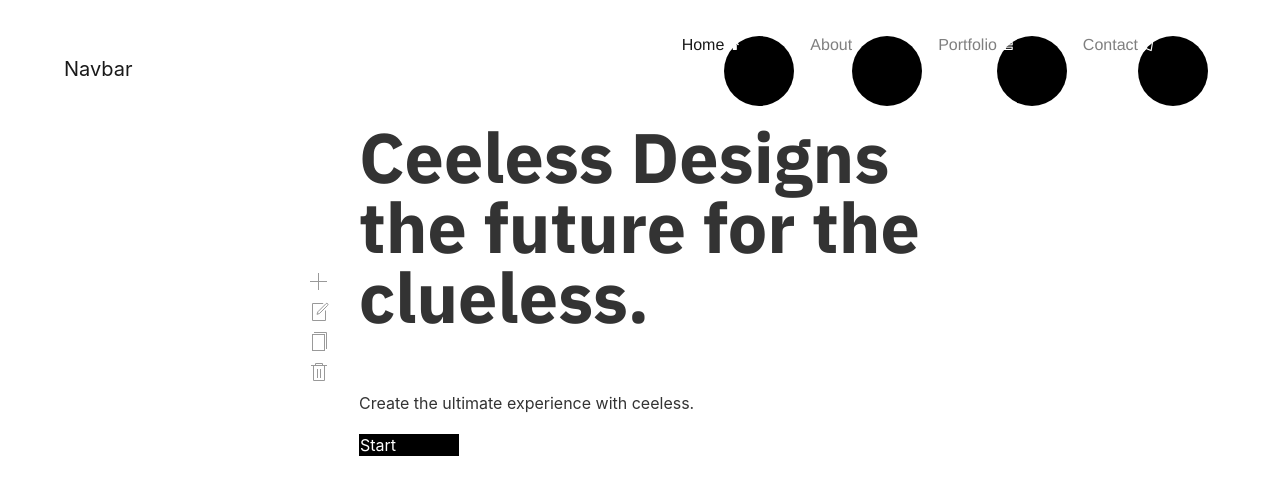
Repository: latenightsnacc/ceeless
Page: index.html
An editor plug-in stored every save of this project. The page is shown before and after the next save, followed by the edit.
The browser window is 1280 px wide. The pictures show the whole page.
Some web libraries are served in a nearby version. The style sheet was rebuilt from its Sass, Less or Tailwind sources for each picture, by a compiler version that may differ from the author's.

Above is the page before, as saved 2020-06-11 16:36:00.

### index.html
<!DOCTYPE html>
<html lang="en">
<head>
    <meta charset="UTF-8">
    <meta name="viewport" content="width=device-width, initial-scale=1.0">

    <!--Bootstrap-->
    <link rel="stylesheet" href="https://stackpath.bootstrapcdn.com/bootstrap/4.5.0/css/bootstrap.min.css" integrity="sha384-9aIt2nRpC12Uk9gS9baDl411NQApFmC26EwAOH8WgZl5MYYxFfc+NcPb1dKGj7Sk" crossorigin="anonymous">

    <!-- UIkit CSS -->
    <link rel="stylesheet" href="https://cdn.jsdelivr.net/npm/uikit@3.5.3/dist/css/uikit.min.css" />

    <!--Font Awesome Icons-->
    <link rel="stylesheet" href="https://maxcdn.bootstrapcdn.com/font-awesome/4.4.0/css/font-awesome.min.css">

    <!--Custom Stylesheet-->
    <link rel="stylesheet" href="Styles/stylesheet.css">

    <!--Page Title-->
    <title>Ceeless | Licorne Technologies</title>
</head>
<body>
    <main class="wrapper ml-5 mr-5">
        <!--NavBar-->
        <nav class="navbar navbar-expand-lg navbar-light bg-transparent mt-3">
            <!--Logo-->
            <a class="navbar-brand" href="#">Navbar</a>
            <!--Mobile NavBar Icon-->
            <div class="navbar-toggler" type="button" data-toggle="collapse" data-target="#navbarTogglerDemo03" aria-controls="navbarTogglerDemo03" aria-expanded="false" aria-label="Toggle navigation">
                <div class="nav-icon">
                    <span class="long-bar-one"></span>
                    <span class="short-bar-two"></span>
                    <span class="long-bar-three"></span>
                </div>
            </div>
            <div class="collapse navbar-collapse" id="navbarTogglerDemo03">
              <ul class="navbar-nav ml-auto mt-2 mt-lg-0">
                <li class="nav-item active">
                  <a class="nav-link" href="#"><span class="menu-text">Home</span><i class="fa fa-home"></i><span class="sr-only">(current)</span></a>
                </li>
                <li class="nav-item">
                  <a class="nav-link" href="#"><span class="menu-text">About</span><i class="fa fa-info"></i></a>
                </li>
                <li class="nav-item">
                  <a class="nav-link" href="#"><span class="menu-text">Portfolio</span><i class="fa fa-tasks" aria-hidden="true"></i></a>
                </li>
                <li class="nav-item">
                    <a class="nav-link" href="#"><span class="menu-text">Contact</span><i class="fa fa-send-o"></i></a>
                  </li>
              </ul>
            </div>
        </nav>
        <!--End of NavBar-->

        <!--Header wrapper-->
        <section class="header-wrapper container-fluid">
            <div class="row">
                <!--Social Icons-->
                <div class="col-3">
                    <ul class="uk-iconnav uk-iconnav-vertical uk-align-right@s align-middle	">
                        <li><a href="#" uk-icon="icon: plus"></a></li>
                        <li><a href="#" uk-icon="icon: file-edit"></a></li>
                        <li><a href="#" uk-icon="icon: copy"></a></li>
                        <li><a href="#" uk-icon="icon: trash"></a></li>
                    </ul>
                </div>
                <!--Header Message-->
                <div class="col-9 header-text">
                    <div class="card w-75">
                        <h1>Ceeless Designs the future for the clueless.</h1>
                        <h5>Create the ultimate experience with ceeless.</h5>
                        <a href="#" class="action-btn">Start</a>
                    </div>
                </div>
            </div>
        </section>
        <!--End of Header wrapper-->
    </main>

    <!-- JS, Popper.js, and jQuery -->
    <script src="https://code.jquery.com/jquery-3.5.1.slim.min.js" integrity="sha384-DfXdz2htPH0lsSSs5nCTpuj/zy4C+OGpamoFVy38MVBnE+IbbVYUew+OrCXaRkfj" crossorigin="anonymous"></script>
    <script src="https://cdn.jsdelivr.net/npm/popper.js@1.16.0/dist/umd/popper.min.js" integrity="sha384-Q6E9RHvbIyZFJoft+2mJbHaEWldlvI9IOYy5n3zV9zzTtmI3UksdQRVvoxMfooAo" crossorigin="anonymous"></script>
    <script src="https://stackpath.bootstrapcdn.com/bootstrap/4.5.0/js/bootstrap.min.js" integrity="sha384-OgVRvuATP1z7JjHLkuOU7Xw704+h835Lr+6QL9UvYjZE3Ipu6Tp75j7Bh/kR0JKI" crossorigin="anonymous"></script>
    <!-- UIkit JS -->
    <script src="https://cdn.jsdelivr.net/npm/uikit@3.5.3/dist/js/uikit.min.js"></script>
    <script src="https://cdn.jsdelivr.net/npm/uikit@3.5.3/dist/js/uikit-icons.min.js"></script>
</body>
</html>

### Styles/stylesheet.scss
@import 'variables';
@import 'navbar';
@import 'header';

*{
    margin: 0;
    padding: 0;
    text-decoration: none;
    list-style: none;
}
body{
    background-color: white;
}

### Styles/_variables.scss
@import url('https://fonts.googleapis.com/css2?family=IBM+Plex+Sans:wght@700&display=swap');

$header-font: 'IBM Plex Sans', sans-serif;
$dark: black;
$light: white;

### Styles/navbar.scss
@import 'variables';

.navbar-toggler{
    border: none;
    .nav-icon{
        display: flex;
        flex-direction: column;
        .long-bar-one, .long-bar-three, .short-bar-two{
            border: 2px solid $dark;
            margin-bottom: 5px;
        }
        .long-bar-one, .long-bar-three{
            width: 33px;
        }
        .short-bar-two{
            width: 20px;
        }

        &:hover{
            .long-bar-one, .long-bar-three{
                width: 20px;
                transition: width 300ms ease-in-out 0s;

            }
            .short-bar-two{
                width: 33px;

            }
        }
    }
}
.nav-item {
    .menu-text{
        font-family: 'Franklin Gothic Medium', 'Arial Narrow', Arial, sans-serif;
    }
    .fa{
        background-color: $dark;
        color: $light;
        height: 70px;
        width: 70px;
        border-radius: 50%;
    }
}

### Styles/header.scss
@import 'variables';

.align-middle{
    display: flex;
    flex-direction: column;
    justify-content: center;
    height: 400px;
}
.header-wrapper{
    .header-text{
        .card{
            border: none;
            display: flex;
            flex-direction: column;
            justify-content: center;

            h1{
                font-size: 70px;
                line-height: 70px;
                font-family: $header-font;
            }
        }
    }
}
a.action-btn {
    border: 1px solid $dark;
    background-color: $dark;
    width: 100px;
    color: $light;
    line-height: 20px;
    &:hover{
        text-decoration: none;
    }

}

After the next save:
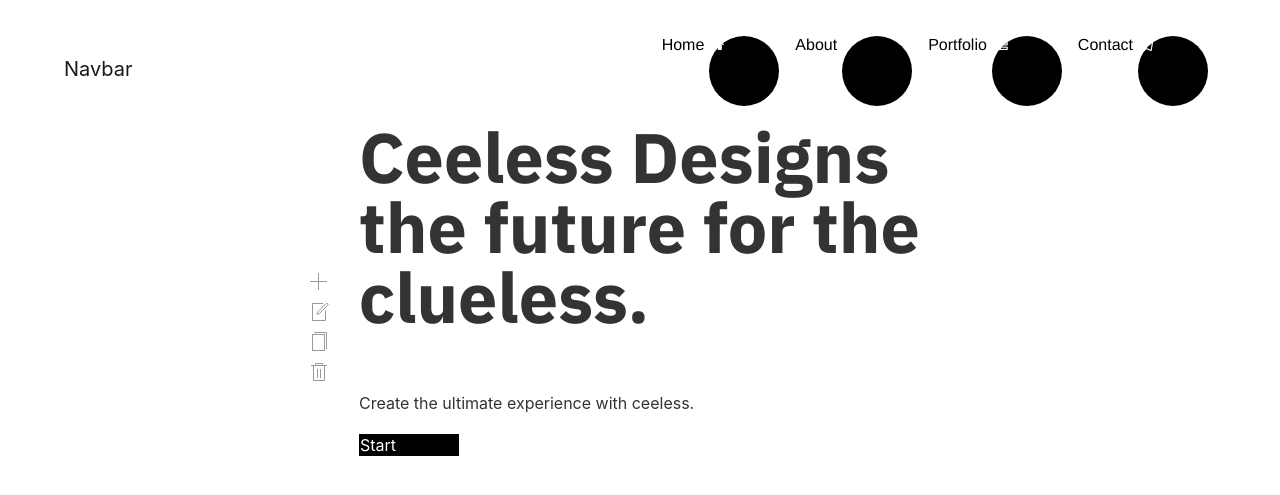
Saved 39 s later.
--- a/Styles/navbar.scss
+++ b/Styles/navbar.scss
@@ -32,6 +32,9 @@
 .nav-item {
     .menu-text{
         font-family: 'Franklin Gothic Medium', 'Arial Narrow', Arial, sans-serif;
+        padding-right: 5px;
+        font-weight: 500;
+        color: $dark;
     }
     .fa{
         background-color: $dark;
